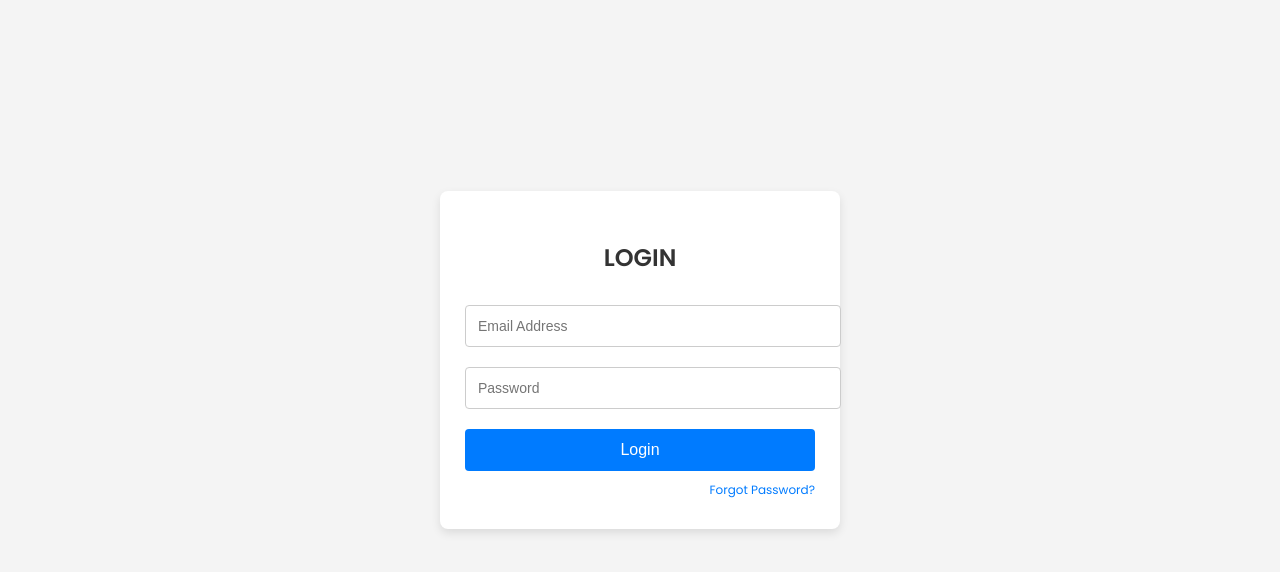
Repository: parthsabhani/Job_Portal_JSP_Servlet
Page: http://localhost/Job_Portal/userLogin.jsp
The author's editor kept a copy of each file at every save. The page is drawn from the files as they stood at one save, then again after the next save.
The browser window is 1280 px wide. The pictures show the whole page.
Some web libraries are served in a nearby version. The page is served by Tomcat 10.

Above is the page before, as saved 2025-04-22 08:49:13.

After the next save:
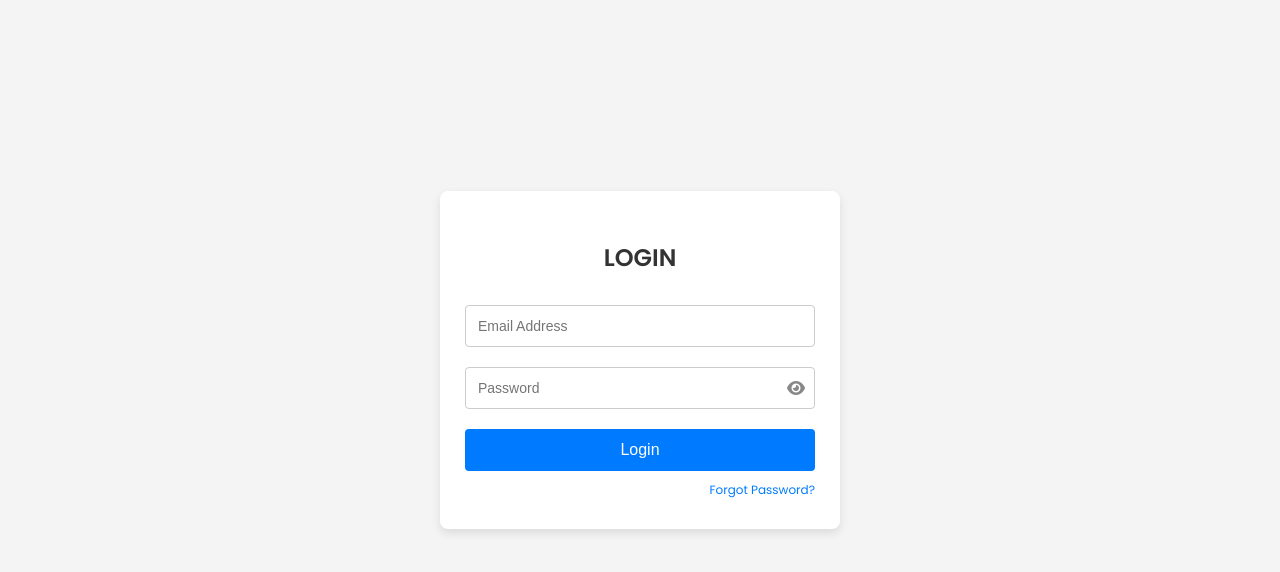
Saved 95 s later.
--- a/Job_Portal/src/main/webapp/userLogin.jsp
+++ b/Job_Portal/src/main/webapp/userLogin.jsp
@@ -5,7 +5,12 @@
 <head>
     <meta charset="UTF-8">
     <title>User Login</title>
+
+    <!-- Google Font -->
     <link href="https://fonts.googleapis.com/css2?family=Poppins:wght@400;600&display=swap" rel="stylesheet">
+
+    <!-- Font Awesome for Eye Icon -->
+    <script src="https://kit.fontawesome.com/a076d05399.js" crossorigin="anonymous"></script>
 
     <style>
         body {
@@ -33,13 +38,27 @@
             color: #333;
         }
 
+        .input-group {
+            position: relative;
+            margin-bottom: 20px;
+        }
+
         .input-field {
             width: 100%;
             padding: 12px;
-            margin-bottom: 20px;
             font-size: 14px;
             border: 1px solid #ccc;
             border-radius: 4px;
+            box-sizing: border-box;
+        }
+
+        .toggle-password {
+            position: absolute;
+            top: 50%;
+            right: 10px;
+            transform: translateY(-50%);
+            cursor: pointer;
+            color: #888;
         }
 
         .login-btn {
@@ -78,12 +97,38 @@
     <div class="login-container">
         <h2>LOGIN</h2>
         <form action="LoginServlet" method="post">
-            <input type="email" name="email" placeholder="Email Address" class="input-field" required>
-            <input type="password" name="password" placeholder="Password" class="input-field" required>
+            <div class="input-group">
+                <input type="email" name="email" placeholder="Email Address" class="input-field" required>
+            </div>
+
+            <div class="input-group">
+                <input type="password" name="password" id="password" placeholder="Password" class="input-field" required>
+                <span class="toggle-password" onclick="togglePassword()">
+                    <i id="eyeIcon" class="fas fa-eye"></i>
+                </span>
+            </div>
+
             <button type="submit" class="login-btn">Login</button>
             <a href="#" class="forgot-password">Forgot Password?</a>
         </form>
     </div>
 
+    <!-- JavaScript for eye toggle -->
+    <script>
+        function togglePassword() {
+            const passwordInput = document.getElementById('password');
+            const eyeIcon = document.getElementById('eyeIcon');
+            if (passwordInput.type === 'password') {
+                passwordInput.type = 'text';
+                eyeIcon.classList.remove('fa-eye');
+                eyeIcon.classList.add('fa-eye-slash');
+            } else {
+                passwordInput.type = 'password';
+                eyeIcon.classList.remove('fa-eye-slash');
+                eyeIcon.classList.add('fa-eye');
+            }
+        }
+    </script>
+
 </body>
 </html>
